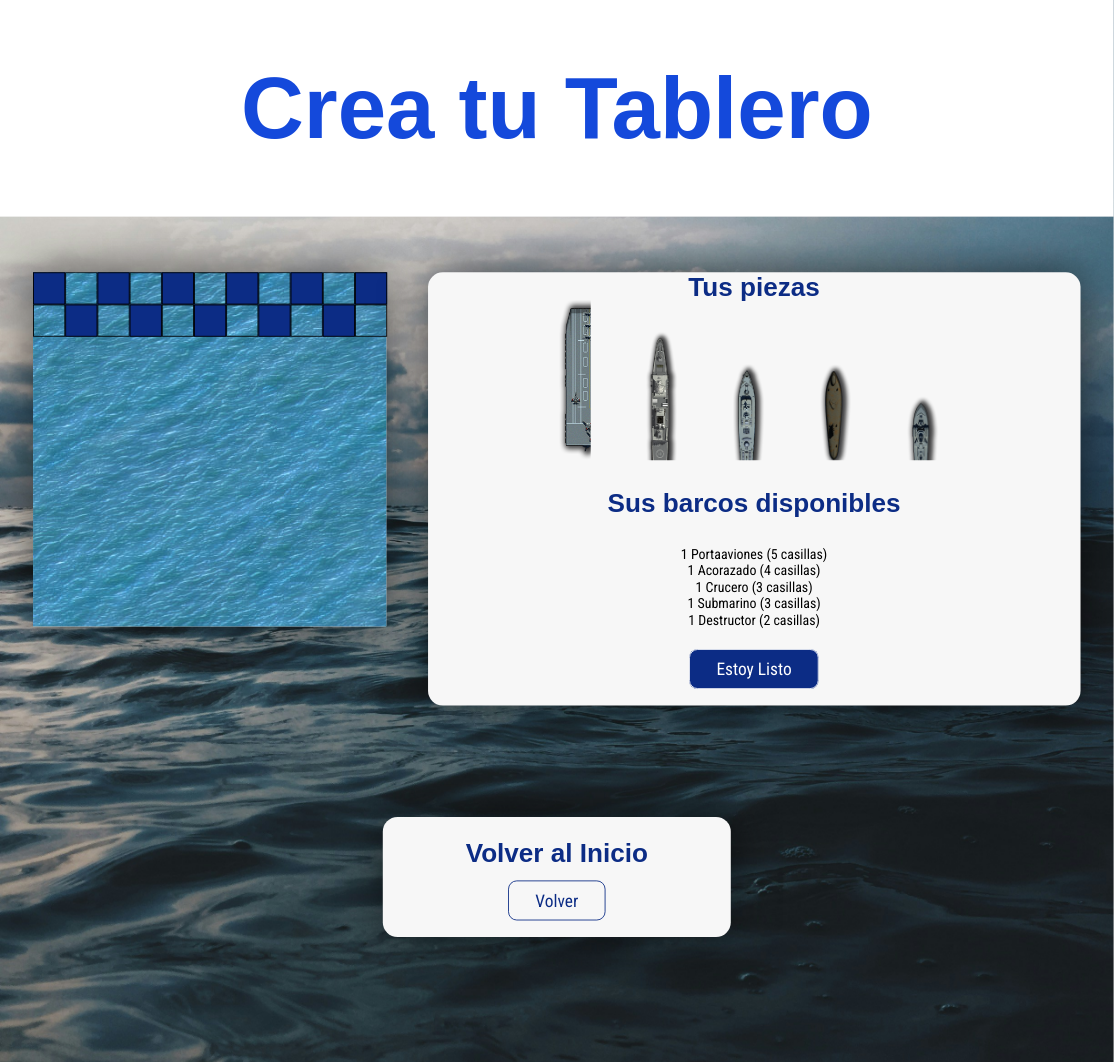
Repository: alfredorndon/taller-web-grupal
Page: client/tablero-barcos.html
The author's editor kept a copy of each file at every save. The page is drawn from the files as they stood at one save, then again after the next save.
The browser window is 1280 px wide. The pictures show the whole page, at 87% of full size.
Some web fonts or font styles are not loaded; a fallback is used.

Above is the page before, as saved 2024-12-11 16:04:56.

### client/tablero-barcos.html
<!DOCTYPE html>
<html lang="es-VE">
<head>
    <meta charset="UTF-8"/>
    <meta name="viewport" content="width=device-width, initial-scale=1.0"/>
    <meta author="Oscar Manrique"/>
    <meta name="description" content="Este es un juego de Batalla Naval" />
    <meta name="keywords" content="Batalla Naval, juego, taller, semestre" />
    <meta name="robots" content="index,follow" />
    <title>Batalla Naval | Tablero Barcos</title>
    <link rel="icon" href="https://seguropordias.com/img/contenido/barco-famoso-titanic.jpg" type="image/png" size="16x16 32x32 64x64" />
    <link rel="stylesheet" href="styles/styles.css" type="text/css"/>
    <link rel="stylesheet" href="styles/tablero-barcos-styles.css" type="text/css"/>
</head>
<body>
    <div class="main-container">
        <header>
            <div id="crea-tu-tablero"><h1>Crea tu Tablero</h1></div>
        </header>
        <main>
            <section id="creacion">
                <div class="tablero" id="tabla-p1"></div>
                <div id="piezas">
                    <h2>Tus piezas</h2>
                    <div>
                        <div class="pieza-portaavion"></div>
                        <div class="pieza-acorazado"></div>
                        <div class="pieza-crucero"></div>
                        <div class="pieza-submarino"></div>
                        <div class="pieza-destructor"></div>
                    </div>
                    <h2>Sus barcos disponibles</h2>
                    <section id="preparacion">
                        <ul id="lista-barcos">
                            <li id="portaavion">1 Portaaviones (5 casillas)</li>
                            <li id="acorazado">1 Acorazado (4 casillas)</li>
                            <li id="crucero">1 Crucero (3 casillas)</li>
                            <li id="submarino">1 Submarino (3 casillas)</li>
                            <li id="destructor">1 Destructor (2 casillas)</li>
                        </ul>
                        <a href="juego.html">Estoy Listo</a>
                    </section>
                </div>
            </section>
            <section id="volver-inicio">
                <h2>Volver al Inicio</h2>
                <a href="inicio.html">Volver</a>
            </section>
        </main>
    </div>
    <script src="script/script.js" type="text/javascript"></script>
</body>
</html>

### client/styles/styles.css
@import url('https://fonts.googleapis.com/css2?family=Jaro:opsz@6..72&family=Roboto+Condensed:ital,wght@0,100..900;1,100..900&display=swap');

:root {
    --font-family: 'Roboto Condensed', Helvetica, sans-serif;

    --tablero-width: 400px;
    --tablero-height: auto;
    --tablero-padding: 60px;
    --tablero-gap: 0;
    --tablero-columns: 10;
    --tablero-rows: 10;

    --position-bg-color: #F7F7F7;
    --position-header-bg-color: #0C2C85;
    --position-border-color: black;
    --position-border-style: solid;
    --position-border-width: 1px;
    --position-width: 35px;
    --position-height: 35px;
}

.tablero {
    font-family: var(--font-family);
    position: relative;
    display: grid;
    grid-template-columns: repeat(calc(var(--tablero-columns) + 1), 1fr);
    grid-template-rows: repeat(calc(var(--tablero-columns) + 1), 1fr);
    gap: var(--tablero-gap);
    padding-right: 5.5px;
    max-width: var(--tablero-width);
    height: var(--tablero-height);
    background: var(--position-bg-color);
    box-shadow: 0px 0px 50px #0009;
    background:#F7F7F7 url('/taller-web-grupal/images/sea.jpg') 0 0 no-repeat;
    overflow: visible;
}

.tablero-juego{
    padding: 60px;
    background-color: white;
    border-radius: 10px;
}

.tablero-juego h2 {
    top: -10px;
    left: 204px;
    padding:0;
}

.position {
    display: flex;
    border: var(--position-border-width) var(--position-border-style) var(--position-border-color);
    align-items: center;
    justify-content: center;
    width: var(--position-width);
    height: var(--position-height);
    overflow: visible;
    position: relative;
}

.table-head {
    color:white;
    background: var(--position-header-bg-color);
}

.barco-portaaviones {
    background: transparent url('../images/ship0.png') 0 0 no-repeat;
    background-size: cover;
    text-indent: 150%;
    white-space: nowrap;
    overflow: hidden;
}

.barco-portaaviones.tile-2{
    background-position: 0 calc(var(--position-height) * -1);
}
.barco-portaaviones.tile-3{
    background-position: 0 calc(var(--position-height) * -1.1);
}

.barco-portaaviones.tile-4{
    background-position: 0 calc(var(--position-height) * -1.2);
}

.barco-portaaviones.tile-5{
    background-position: 0 calc(var(--position-height) * -1.4);
}
.barco-crucero{
    background: transparent url('/taller-web-grupal/images/ship3.png') 0 0 no-repeat;
    background-size: cover;
    text-indent: 150%;
    white-space: nowrap;
    overflow: hidden;
}

.barco-crucero.tile-2{
    background-position: 0 calc(var(--position-height) * -1);
}

.barco-crucero.tile-3{
    background-position: 0 calc(var(--position-height) * -2.3);
}

.barco-acorazado {
    background: transparent url('/taller-web-grupal/images/ship1.png') 0 0 no-repeat;
    background-size: cover;
    text-indent: 150%;
    white-space: nowrap;
    overflow: hidden;
}

.barco-acorazado.tile-2 {
    background-position: 0 calc(var(--position-height) * -1);
}

.barco-acorazado.tile-3 {
    background-position: 0 calc(var(--position-height) * -2.3);
}

.barco-acorazado.tile-4 {
    background-position: 0 calc(var(--position-height) * -3.4);
}

.barco-submarino{
    background: transparent url('../images/ship4.png') 0 0 no-repeat;
    background-size: cover;
    text-indent: 150%;
    white-space: nowrap;
    overflow: hidden;
}

.barco-submarino.tile-2{
    background-position: 0 calc(var(--position-height) * -1);
}

.barco-submarino.tile-3{
    background-position: 0 calc(var(--position-height) * -2.3);
}

.barco-destructor {
    background: transparent url('../images/ship5.png') 0 0 no-repeat;
    background-size: cover;
    text-indent: 150%;
    white-space: nowrap;
    overflow: hidden;
}

.barco-destructor.tile-2{
    background-position: 0 calc(var(--position-height) * -1);
}

.barco

.horizontal {
    transform: rotate(90deg);
}

.barco-destructor.horizontal{
    transform: rotate(-90deg);
}

.barco-portaaviones.horizontal{
    transform: rotate(-90deg);
}


.hit {
    position: absolute;
    z-index:2;
    width: var(--position-width);
    height: calc(var(--position-height) + 5px);
    background: transparent url('/images/fire-20x20.png') 0 0 no-repeat;
    background-size: auto;
    animation: sprite-animation 1.7s steps(1) infinite;
}

@keyframes sprite-animation {
    0% { background-position: 0 0; }
    3.33% { background-position: -20px 0; }
    6.67% { background-position: -40px 0; }
    10% { background-position: -60px 0; }
    13.33% { background-position: -80px 0; }
    16.67% { background-position: 0 -20px; }
    20% { background-position: -20px -20px; }
    23.33% { background-position: -40px -20px; }
    26.67% { background-position: -60px -20px; }
    30% { background-position: -80px -20px; }
    33.33% { background-position: 0 -40px; }
    36.67% { background-position: -20px -40px; }
    40% { background-position: -40px -40px; }
    43.33% { background-position: -60px -40px; }
    46.67% { background-position: -80px -40px; }
    50% { background-position: 0 -60px; }
    53.33% { background-position: -20px -60px; }
    56.67% { background-position: -40px -60px; }
    60% { background-position: -60px -60px; }
    63.33% { background-position: -80px -60px; }
    66.67% { background-position: 0 -80px; }
    70% { background-position: -20px -80px; }
    73.33% { background-position: -40px -80px; }
    76.67% { background-position: -60px -80px; }
    80% { background-position: -80px -80px; }
    83.33% { background-position: 0 -100px; }
    86.67% { background-position: -20px -100px; }
    90% { background-position: -40px -100px; }
    93.33% { background-position: -60px -100px; }
    96.67% { background-position: -80px -100px; }
    100% { background-position: 0 0; }
}

### client/styles/tablero-barcos-styles.css
@import url('https://fonts.googleapis.com/css2?family=Jaro:opsz@6..72&family=Roboto+Condensed:ital,wght@0,100..900;1,100..900&display=swap');

#crea-tu-tablero {
    font-family: 'Jaro', sans-serif;
    font-size: 50px;
    width: 100%;
    margin:0;
    text-align: center;
    color: #1449DB;
    background-color: white;
}

#piezas, #volver-inicio {
    background-color: #F7F7F7;
    width: 750px;
    text-align: center;
    overflow: hidden;
    box-shadow: 0px 0px 50px #0009;
    border-radius: 17px;
    padding-bottom: 30px;
}

#volver-inicio {
    margin: 80px;
    width: 400px;
}

#creacion {
    display: flex;
    justify-content: center;
    align-items: flex-start;
    gap: 3rem;
}

#piezas ul {
    list-style: none;
    padding:0;
    margin:0;
    margin-bottom: 35px;
}

#piezas a, #volver-inicio a{
    color:#0C2C85;
    text-decoration: none;
    font-size: 20px;
    padding-left: 30px;
    padding-right: 30px;
    padding-top: 10px ;
    padding-bottom: 10px ;
    border: 1px solid;
    border-radius: 10px;
}

#piezas a {
    background-color: #0C2C85;
    color: white;
}

#piezas a:hover, #volver-inicio a:hover {
    color:white;
    text-decoration: none;
    background-color: #68BAFA;
    transition: background-color 0.3s ease, color 0.3s ease;
}

#piezas {
    position: relative;
    height: auto;
    display: flex;
    justify-content: center;
    flex-wrap: wrap;
    gap: 2rem;
    height: auto;
}

#piezas > :nth-child(2){
    position: relative;
    height: 150px;
    width: 750px;
    overflow: visible;
}

#piezas h2 {
    flex-basis: 100%;
    margin: 0;
}

.pieza-portaavion {
    position: absolute;
    background: transparent url('../images/ship0.png') 0 0 no-repeat;
    background-size: cover;
    width: 37px;
    height: 185px;
    display:block;
    bottom: 0;
    left: 150px;
}

.pieza-acorazado {
    position: absolute;
    background: transparent url('../images/ship1.png') 0 0 no-repeat;
    background-size: cover;
    width: 37px;
    height: 148px;
    display:block;
    bottom: 0;
    left: 250px;
}

.pieza-crucero {
    position: absolute;
    background: transparent url('../images/ship3.png') 0 0 no-repeat;
    background-size: cover;
    width: 37px;
    height: 111px;
    display:block;
    bottom: 0;
    left: 350px;
}

.pieza-submarino {
    position: absolute;
    background: transparent url('../images/ship4.png') 0 0 no-repeat;
    background-size: cover;
    width: 37px;
    height: 111px;
    display:block;
    bottom: 0;
    left: 450px;
}

.pieza-destructor {
    position: absolute;
    background: transparent url('../images/ship5.png') 0 0 no-repeat;
    background-size: cover;
    width: 37px;
    height: 74px;
    display:block;
    bottom: 0;
    left: 550px;
}

header {
    display:flex;
    flex-direction: column;
    justify-content: center;
    align-items: center;
}

h2{
    font-family: 'Jaro', sans-serif;
    font-size: 30px;
    color: #0C2C85;
}

p, label, li, a{
    font-family: 'Roboto Condensed', sans-serif;
}

body {
    margin: 0;
    padding: 0;
    background-image: url('../images/mar3.jpg');
    background-size: cover;
    background-position: 30% 40%;
}

main {
    display: flex;
    flex-direction: column;
    align-items: center;
    justify-content: center;
    gap: 3rem;
    margin:4rem;
}

### client/script/script.js
const abecedario = [' ','A','B','C','D','E','F','G','H','I','J'];
const filas = 10;
const columnas = 10;
const jugadores = 1;

function crearTablero ()
{
    for (let j=1; j<=jugadores; j++)
    {
        let tablero = document.getElementById('tabla-p'+j);
        for (let i=0; i<=columnas; i++)
        {
            let header = document.createElement('div');
            header.setAttribute('class', 'position table-head '+i);
            tablero.appendChild(header);
            let celda = document.createElement('div');
            for (let k=1; k<=filas; k++)
            {
                if (i == 0)
                    {
                        celda.setAttribute('class', 'position table-head '+abecedario[k]+i);
                        tablero.appendChild(celda);
                    }
                celda.setAttribute('class', 'position table-cell');
                celda.setAttribute('id', 'p'+j+'-'+abecedario[k]+i);
                tablero.appendChild(celda);
            }
        }
    }
}

crearTablero();

After the next save:
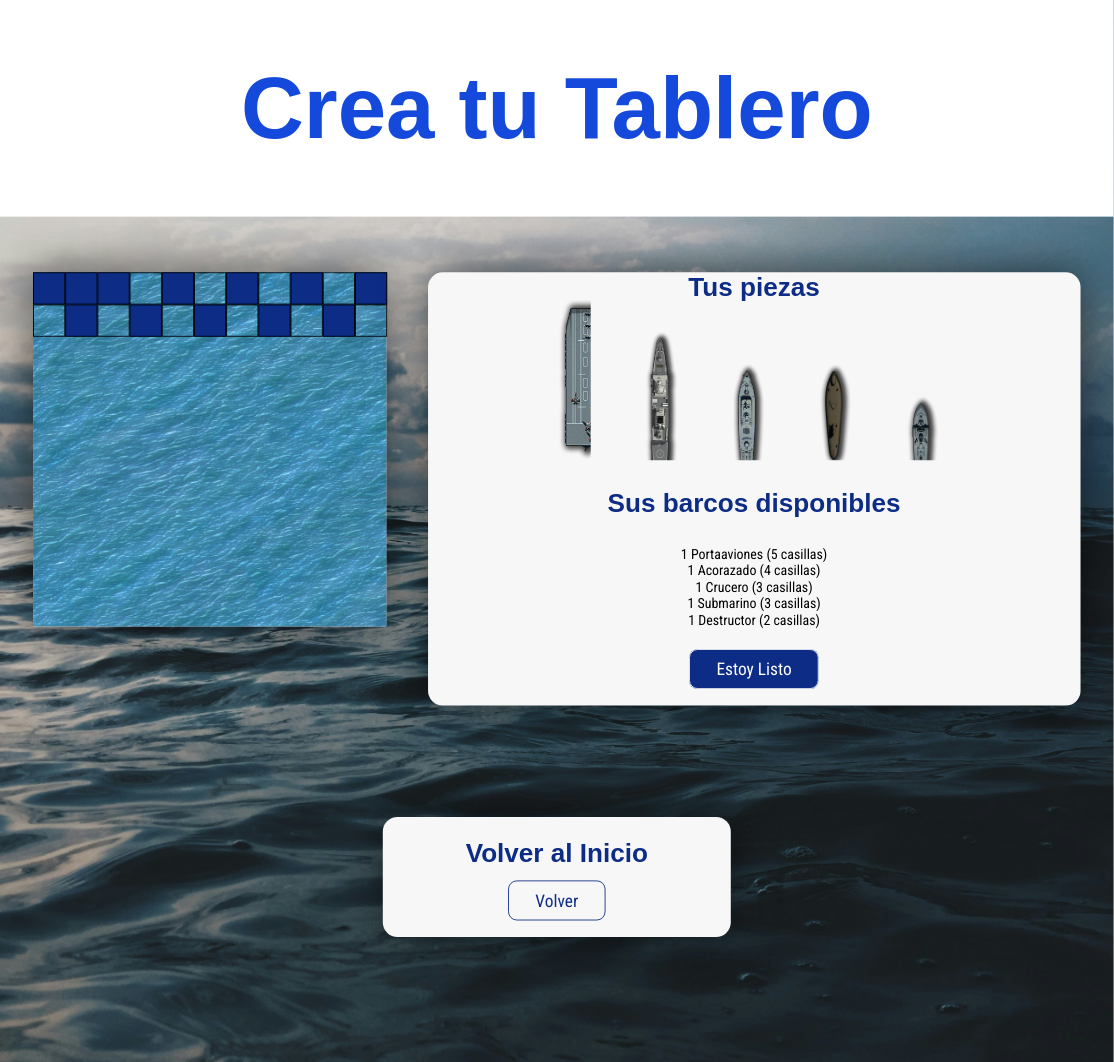
Saved 41 s later.
--- a/client/script/script.js
+++ b/client/script/script.js
@@ -17,13 +17,16 @@ function crearTablero ()
             for (let k=1; k<=filas; k++)
             {
                 if (i == 0)
-                    {
-                        celda.setAttribute('class', 'position table-head '+abecedario[k]+i);
-                        tablero.appendChild(celda);
-                    }
-                celda.setAttribute('class', 'position table-cell');
-                celda.setAttribute('id', 'p'+j+'-'+abecedario[k]+i);
-                tablero.appendChild(celda);
+                {
+                    celda.setAttribute('class', 'position table-head '+abecedario[k]+i);
+                    tablero.appendChild(celda);
+                }
+                else
+                {
+                    celda.setAttribute('class', 'position table-cell');
+                    celda.setAttribute('id', 'p'+j+'-'+abecedario[k]+i);
+                    tablero.appendChild(celda);
+                }
             }
         }
     }
